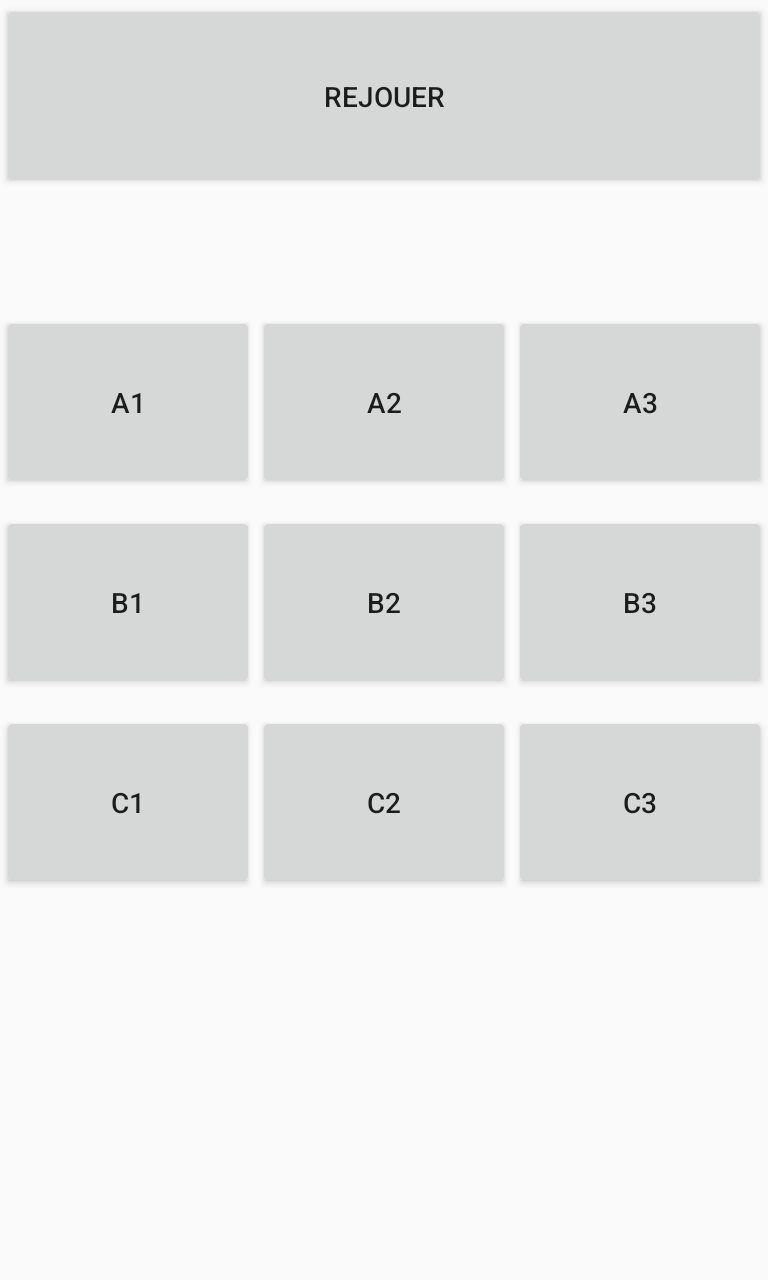
Repository: chakrinamo/Projet_S4_TicTacToe
Layout: Tic_Tac_Toe/res/layout/activity_main.xml
The author's editor kept a copy of each file at every save. The layout is drawn from the files as they stood at one save, then again after the next save.
It is drawn on a 768 x 1280 px phone screen (xhdpi) without system bars, with theme AppTheme; the app's code is not run.

Above is the layout before, as saved 2015-02-24 05:50:38.

After the next save:
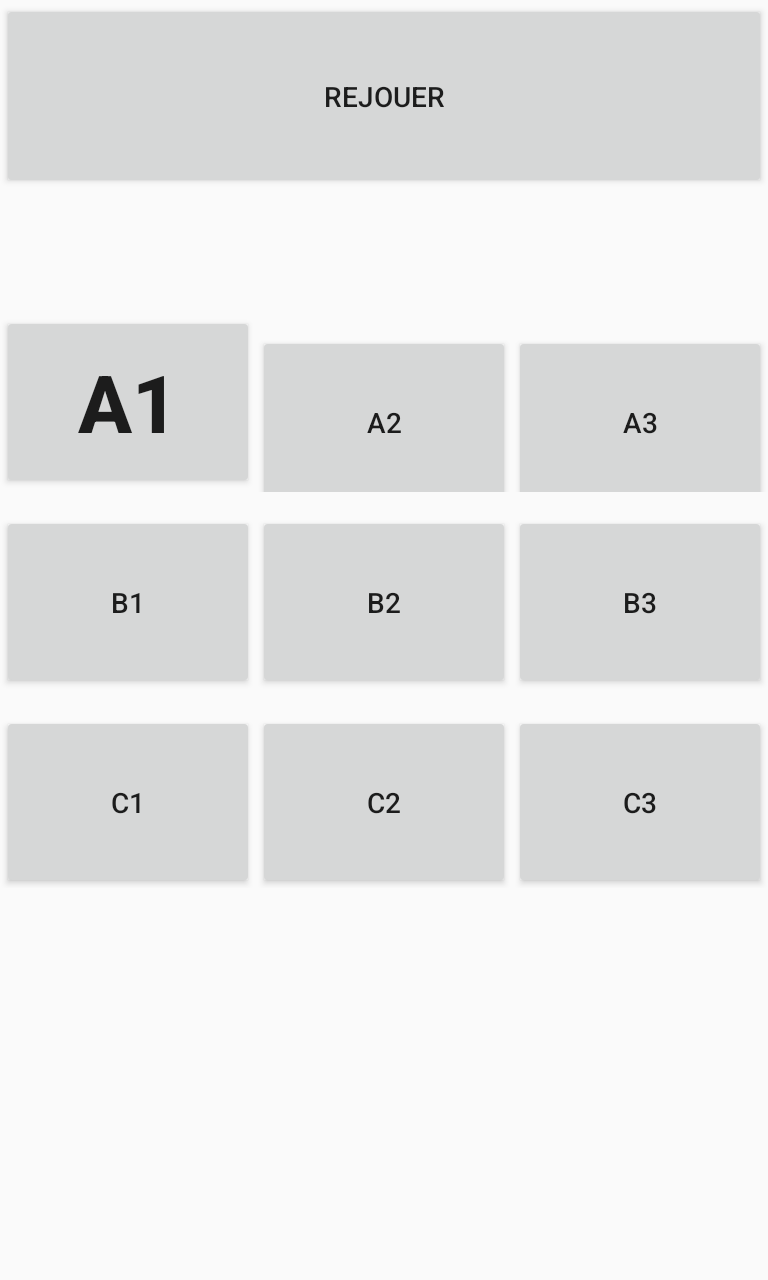
Saved 4 min 2 s later.
--- a/Tic_Tac_Toe/res/layout/activity_main.xml
+++ b/Tic_Tac_Toe/res/layout/activity_main.xml
@@ -30,7 +30,9 @@
             android:layout_width="fill_parent"
             android:layout_height="90dp"
             android:layout_weight="1"
-            android:text="A1"/>
+            android:text="A1"
+            android:textSize="40dp"
+            android:textStyle="bold" />
 
         <Button
             android:id="@+id/A2"
